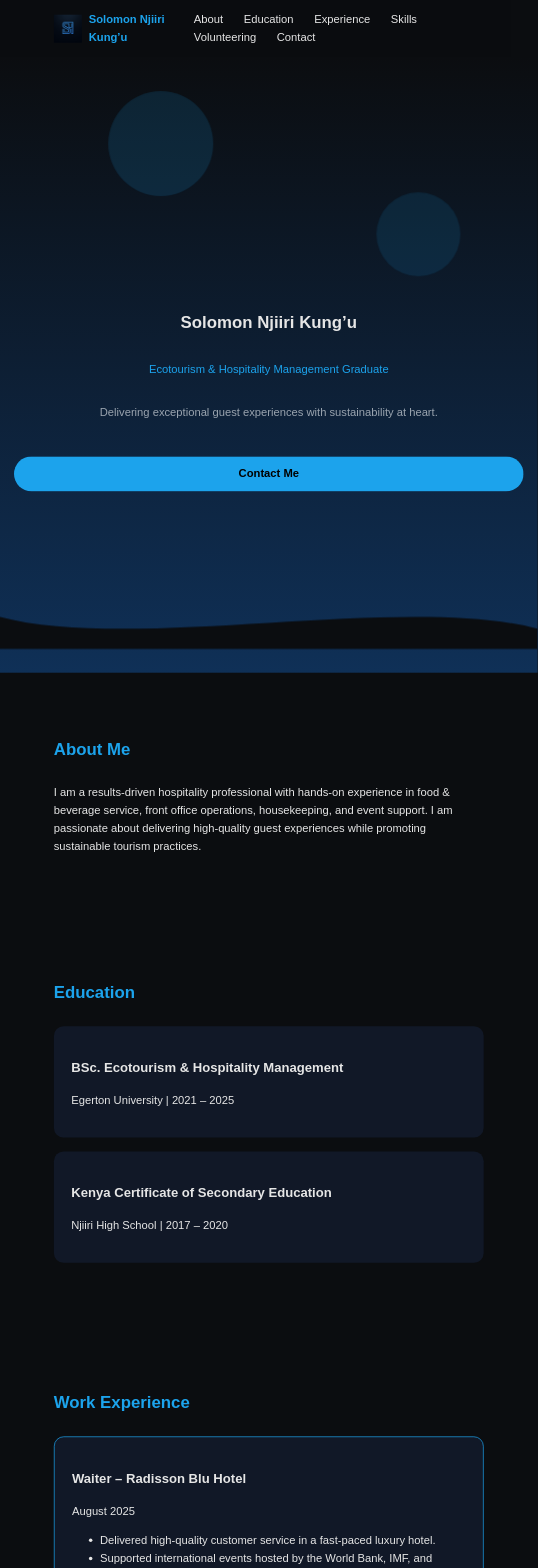
Repository: ladygit-comits/Solomon_Portfolio
Page: index.html
An editor plug-in stored every save of this project. The page is shown before and after the next save, followed by the edit.
The browser window is 768 px wide. The pictures show the part of the page from y = 0 to 2240 px (the page is 4526 px tall before and 4521 px after), at 70% of full size.

Above is the page before, as saved 2025-12-31 13:44:55.

After the next save:
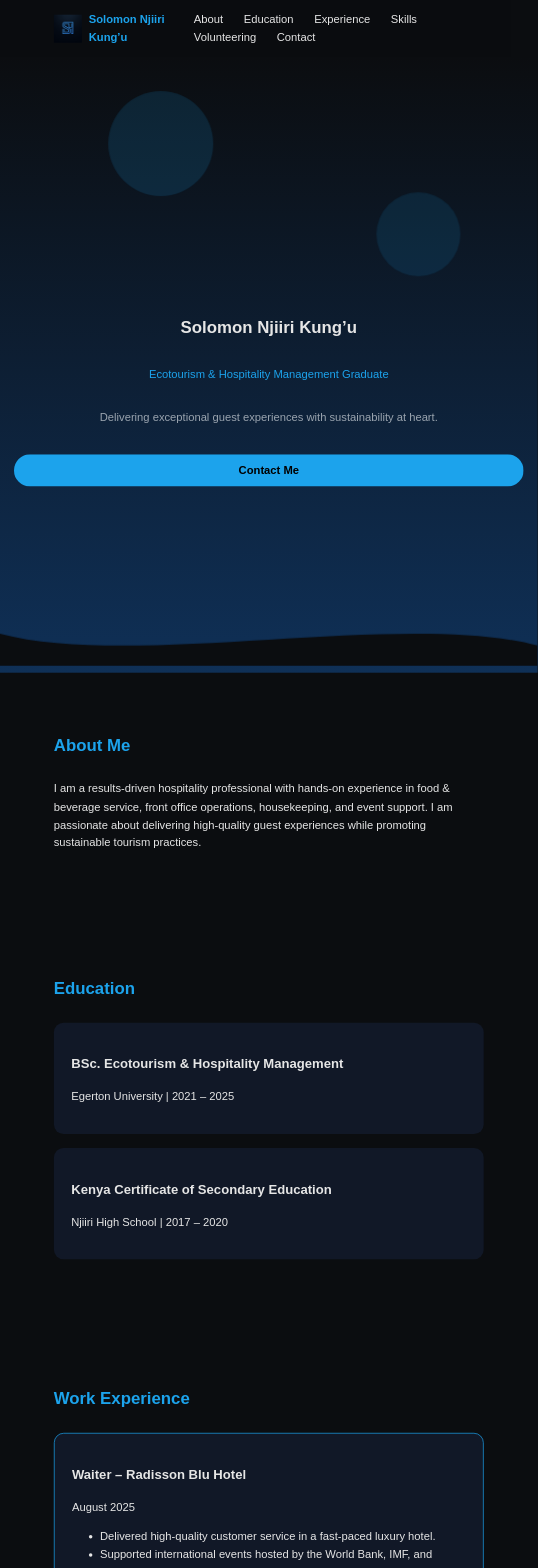
Saved 2 min 55 s later.
--- a/style.css
+++ b/style.css
@@ -13,6 +13,7 @@ body {
   color: var(--text-light);
   line-height: 1.6;
 }
+
 .hero {
   position: relative;
   min-height: 100vh;
@@ -28,13 +29,12 @@ body {
 
 .hero-wave {
   position: absolute;
-  bottom: -1px;
+  bottom: 0;
   left: 0;
   width: 100%;
   height: 150px;
-}
-
-
+  display: block;
+}
 
 .subtitle {
   color: var(--accent-blue);
@@ -49,13 +49,33 @@ body {
 
 .btn {
   display: inline-block;
-  margin-top: 30px;
-  padding: 12px 28px;
+  margin-top: 20px;
+  padding: 10px 22px;
   background: var(--accent-blue);
   color: #000;
   text-decoration: none;
-  border-radius: 30px;
+  border-radius: 25px;
   font-weight: 600;
+  font-size: 1rem;
+  position: relative;
+  overflow: hidden;
+  transition: all 0.3s ease;
+}
+
+.btn::after {
+  content: '';
+  position: absolute;
+  top: 0;
+  left: -75%;
+  width: 50%;
+  height: 100%;
+  background: linear-gradient(120deg, rgba(255,255,255,0.2), rgba(255,255,255,0.5), rgba(255,255,255,0.2));
+  transform: skewX(-25deg);
+  transition: all 0.7s;
+}
+
+.btn:hover::after {
+  left: 125%;
 }
 
 .section {
@@ -65,6 +85,11 @@ body {
 .section h2 {
   color: var(--accent-blue);
   margin-bottom: 30px;
+}
+
+#about {
+  margin-top: -5px;
+  padding-top: 70px;
 }
 
 .card {
@@ -115,8 +140,16 @@ body {
 }
 
 .navbar .logo {
+  display: flex;
+  align-items: center;
   font-weight: 700;
   color: var(--accent-blue);
+}
+
+.navbar .logo-img {
+  width: 40px;
+  height: 40px;
+  margin-right: 10px;
 }
 
 .navbar nav a {
@@ -130,6 +163,7 @@ body {
 .navbar nav a:hover {
   color: var(--accent-blue);
 }
+
 #scrollTopBtn {
   position: fixed;
   bottom: 30px;
@@ -209,6 +243,7 @@ body {
   50% { transform: translateY(-20px) translateX(15px); }
   100% { transform: translateY(0) translateX(0); }
 }
+
 .skills .skill {
   margin-bottom: 15px;
 }
@@ -229,36 +264,8 @@ body {
   transition: width 2s ease-in-out;
 }
 
-/* shimmer CTA button */
-.btn {
-  position: relative;
-  overflow: hidden;
-}
-
-.btn::after {
-  content: '';
-  position: absolute;
-  top: 0;
-  left: -75%;
-  width: 50%;
-  height: 100%;
-  background: linear-gradient(120deg, rgba(255,255,255,0.2), rgba(255,255,255,0.5), rgba(255,255,255,0.2));
-  transform: skewX(-25deg);
-  transition: all 0.7s;
-}
-
-.btn:hover::after {
-  left: 125%;
-}
-.navbar .logo {
-  display: flex;
-  align-items: center;
-  font-weight: 700;
-  color: var(--accent-blue);
-}
-
-.navbar .logo-img {
-  width: 40px;
-  height: 40px;
-  margin-right: 10px;
-}
+@media screen and (max-width: 768px) {
+  .hero-wave {
+    height: 100px;
+  }
+}
